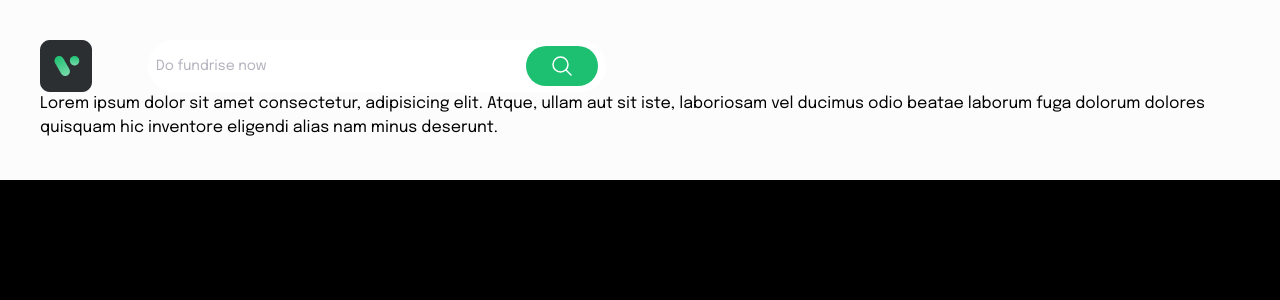
Repository: Kaymileee/crownFunding-Project
Page: /
An editor plug-in stored every save of this project. The page is shown before and after the next save, followed by the edit.
The browser window is 1280 px wide. The pictures show the whole page.
The project was rebuilt for these pictures with package versions that can differ from the ones it lists, and the page was loaded fresh each time. Imported but missing from the stored project, and not drawn on this page: src/components/common/FormGroup, src/components/input/Input.

Above is the page before, as saved 2023-02-03 17:38:42.

### public/index.html
<!DOCTYPE html>
<html lang="en">
  <head>
    <meta charset="utf-8" />
    <link rel="icon" href="%PUBLIC_URL%/favicon.ico" />
    <meta name="viewport" content="width=device-width, initial-scale=1" />
    <meta name="theme-color" content="#000000" />
    <meta
      name="description"
      content="Web site created using create-react-app"
    />
    <link rel="apple-touch-icon" href="%PUBLIC_URL%/logo192.png" />
    <!--
      manifest.json provides metadata used when your web app is installed on a
      user's mobile device or desktop. See https://developers.google.com/web/fundamentals/web-app-manifest/
    -->
    <link rel="manifest" href="%PUBLIC_URL%/manifest.json" />
    <!--
      Notice the use of %PUBLIC_URL% in the tags above.
      It will be replaced with the URL of the `public` folder during the build.
      Only files inside the `public` folder can be referenced from the HTML.

      Unlike "/favicon.ico" or "favicon.ico", "%PUBLIC_URL%/favicon.ico" will
      work correctly both with client-side routing and a non-root public URL.
      Learn how to configure a non-root public URL by running `npm run build`.
    -->
    <link rel="preconnect" href="https://fonts.googleapis.com" />
    <link rel="preconnect" href="https://fonts.gstatic.com" crossorigin />
    <link
      href="https://fonts.googleapis.com/css2?family=Epilogue:wght@400;500;600;700&display=swap"
      rel="stylesheet"
    />
    <title>Crowfunding App</title>
  </head>
  <body>
    <noscript>You need to enable JavaScript to run this app.</noscript>
    <div id="root"></div>
    <!--
      This HTML file is a template.
      If you open it directly in the browser, you will see an empty page.

      You can add webfonts, meta tags, or analytics to this file.
      The build step will place the bundled scripts into the <body> tag.

      To begin the development, run `npm start` or `yarn start`.
      To create a production bundle, use `npm run build` or `yarn build`.
    -->
  </body>
</html>

### src/index.js
import React from "react";
import { createRoot } from "react-dom/client";
import App from "./App";
import reportWebVitals from "./reportWebVitals";
import "./index.scss";
import { Provider } from "react-redux";
import { store } from "./store/configureStore";
import { BrowserRouter } from "react-router-dom";
const container = document.getElementById("root");
const root = createRoot(container);

root.render(
  <Provider store={store}>
    <BrowserRouter>
      <App />
    </BrowserRouter>
  </Provider>
);

// If you want to start measuring performance in your app, pass a function
// to log results (for example: reportWebVitals(console.log))
// or send to an analytics endpoint. Learn more: https://bit.ly/CRA-vitals
reportWebVitals();

### src/App.js
import React, { lazy } from "react";
import { Suspense } from "react";
import { Route, Routes } from "react-router-dom";
const SignUpPage = lazy(() => import("./pages/SignUpPage.js"));
const SignInPage = lazy(() => import("./pages/SignInPage"));
const DashboardPage = lazy(() => import("./pages/DashboardPage"));

function App() {
  return (
    <Suspense>
      <Routes>
        <Route path="/sign-up" element={<SignUpPage></SignUpPage>}></Route>
        <Route path="/" element={<DashboardPage></DashboardPage>}></Route>

        <Route path="/sign-in" element={<SignInPage></SignInPage>}></Route>
      </Routes>
    </Suspense>
  );
}

export default App;

### src/index.scss
@tailwind base;
@tailwind components;
@tailwind utilities;
@layer base {
  body {
    @apply text-base font-primary font-normal;
    background: #000;
  }
  input {
    @apply outline-none;
  }
}
input:focus + .error-input {
  display: none;
}

### src/store/configureStore.js
import { configureStore } from "@reduxjs/toolkit";
import createSagaMiddleware from "@redux-saga/core";
import logger from "redux-logger";
const sagaMiddleware = createSagaMiddleware();

export const store = configureStore({
  reducer: {},
  middleware: (gDM) => gDM().concat(logger, sagaMiddleware),
});
// sagaMiddleware.run(rootSaga);

### src/pages/DashboardPage.js
import React from "react";
import LayoutDashboard from "../layouts/LayoutDashboard";

const DashboardPage = () => {
  return (
    <LayoutDashboard>
      <div>
        Lorem ipsum dolor sit amet consectetur, adipisicing elit. Atque, ullam
        aut sit iste, laboriosam vel ducimus odio beatae laborum fuga dolorum
        dolores quisquam hic inventore eligendi alias nam minus deserunt.
      </div>
    </LayoutDashboard>
  );
};

export default DashboardPage;

### src/layouts/LayoutDashboard.js
import React from "react";
import DashboardSideBar from "../module/dashboard/DashboardSideBar";
import DashboardTopBar from "../module/dashboard/DashboardTopBar";

const LayoutDashboard = ({ children }) => {
  return (
    <div className="p-10 bg-liteBg max-w-[1440px] mx-auto">
      <DashboardTopBar></DashboardTopBar>
      <div>
        <DashboardSideBar></DashboardSideBar>
        <div>{children}</div>
      </div>
    </div>
  );
};

export default LayoutDashboard;

### src/module/dashboard/DashboardSideBar.js
import React from "react";

const DashboardSideBar = () => {
  return <div></div>;
};

export default DashboardSideBar;

### src/module/dashboard/DashboardTopBar.js
import React from "react";
import DashboardSearch from "./DashboardSearch";

const DashboardTopBar = () => {
  return (
    <div className="flex items-center gap-x-14">
      <img src="./logo.png" alt="" />
      <DashboardSearch></DashboardSearch>
    </div>
  );
};

export default DashboardTopBar;

### src/module/dashboard/DashboardSearch.js
import React from "react";

const DashboardSearch = () => {
  return (
    <div className="max-w-[458px] p-2 bg-white shadow-[10px_10px_20px_rgba(218, 213, 213, 0.15)] w-full rounded-full flex items-center max-h-[52px] h-full">
      <div className="flex-1 pr-5">
        <input
          type="text"
          placeholder="Do fundrise now"
          className="w-full text-sm font-normal bg-transparent placeholder:text-text4 text-text1 "
        />
      </div>
      <button className="max-w-[72px] bg-primary text-white rounded-full w-full h-10 flex justify-center items-center flex-shrink-0">
        <svg
          xmlns="http://www.w3.org/2000/svg"
          fill="none"
          viewBox="0 0 24 24"
          strokeWidth="1.5"
          stroke="currentColor"
          className="w-6 h-6"
        >
          <path
            strokeLinecap="round"
            strokeLinejoin="round"
            d="M21 21l-5.197-5.197m0 0A7.5 7.5 0 105.196 5.196a7.5 7.5 0 0010.607 10.607z"
          />
        </svg>
      </button>
    </div>
  );
};

export default DashboardSearch;

### tailwind.config.js
module.exports = {
  darkMode: "class",
  content: ["./src/**/*.{js,jsx,ts,tsx}"],
  theme: {
    extend: {
      fontFamily: {
        primary: ["Epilogue", "sans-serif;"],
      },
      colors: {
        primary: "#1DC071",
        secondary: "#6F49FD",
        text1: "#171725",
        text2: "#4B5264",
        text3: "#808191",
        text4: "#B2B3BD",

        iconColor: "#A2A2A8",
        white: "#FFFFFF",
        whiteSoft: "#FCFBFF",
        graySoft: "#FCFCFC",
        strockColor: "#F1F1F3",
        liteBg: "#FCFCFD",
        error: "#EB5757",

        darkBG: "#3A3A43",
        darkSecondary: "#1C1C24",
        softDark: "#22222C",
        darkSoft: "#24242C",
        darkStroke: "#3A3A43",
        darkRed: "#422C32",
      },
    },
  },
  plugins: [],
};

Loaded but not shown: src/reportWebVitals.js (common file)

After the next save:
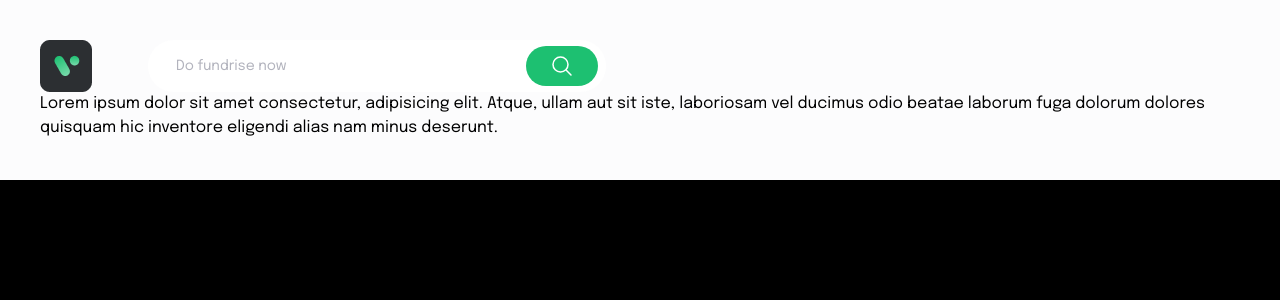
Saved 20 s later.
--- a/src/module/dashboard/DashboardSearch.js
+++ b/src/module/dashboard/DashboardSearch.js
@@ -3,7 +3,7 @@ import React from "react";
 const DashboardSearch = () => {
   return (
     <div className="max-w-[458px] p-2 bg-white shadow-[10px_10px_20px_rgba(218, 213, 213, 0.15)] w-full rounded-full flex items-center max-h-[52px] h-full">
-      <div className="flex-1 pr-5">
+      <div className="flex-1 px-5">
         <input
           type="text"
           placeholder="Do fundrise now"
